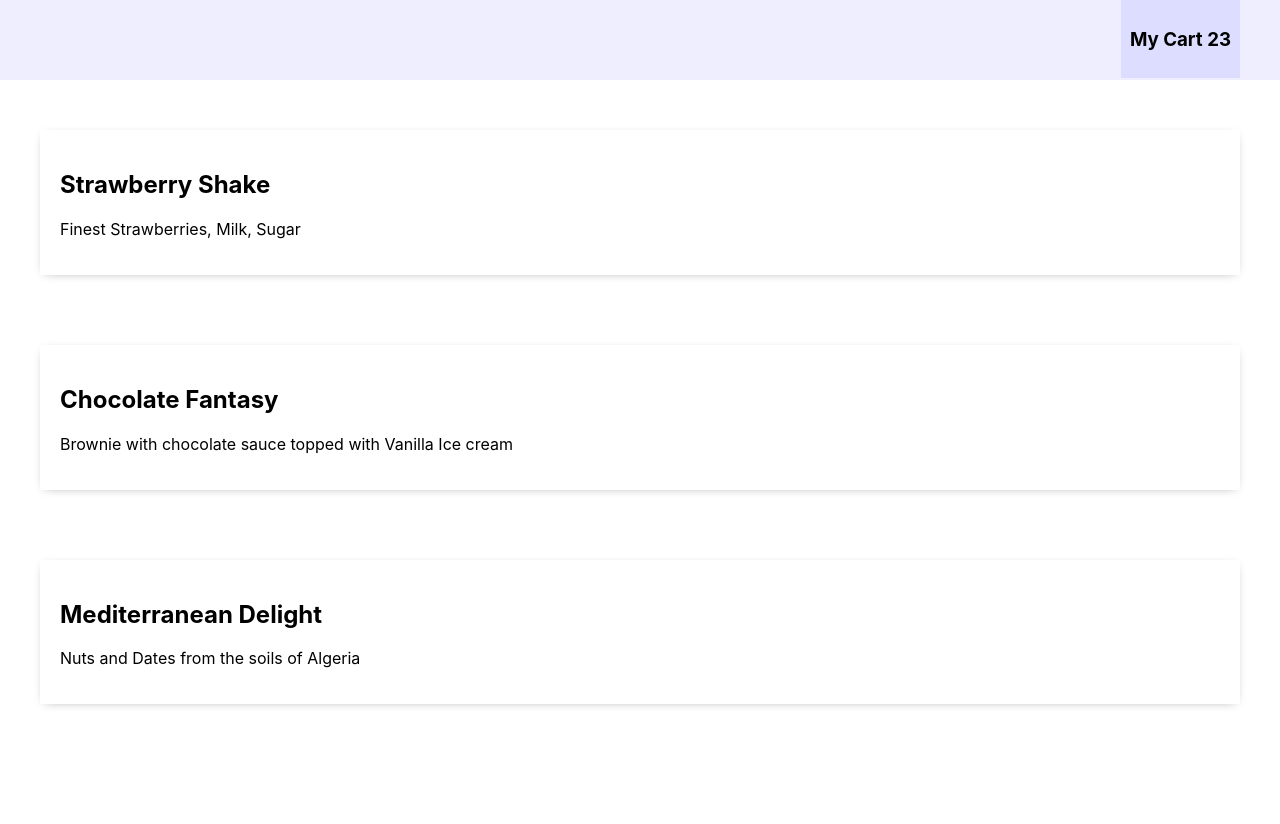
Repository: suhail-yazdan/shopping-cart-react
Page: /
These files come from the project's save history. The page is drawn as it stood at one moment and after the next save; the edit follows.
The browser window is 1280 px wide. The pictures show the whole page.
The project was rebuilt for these pictures with package versions that can differ from the ones it lists, and the page was loaded fresh each time.

Above is the page before, as saved 2023-10-07 13:25:48.

### src/App.js
import { useState } from 'react';
import './App.css';
import Card from "./Card.jsx";
import Cart from "./Cart.jsx";

function App() {
  const [displayCart, setDisplayCart] = useState(false);
  const [products, setProducts] = useState([
    {
      pid: 1,
      name: "Strawberry Shake",
      desc: "Finest Strawberries, Milk, Sugar",
      price: 149,
      quantity: 0
    },
    {
      pid: 2,
      name: "Chocolate Fantasy",
      desc: "Brownie with chocolate sauce topped with Vanilla Ice cream",
      price: 249,
      quantity: 0
    },
    {
      pid: 3,
      name: "Mediterranean Delight",
      desc: "Nuts and Dates from the soils of Algeria",
      price: 329,
      quantity: 0
    }
  ])

  const handleQuantityIncreased = (prod, e) =>{
    e.stopPropagation();
    let sProducts = [...products];
    const ind = sProducts.indexOf(prod);
    if(sProducts[ind].quantity >= 0) sProducts[ind].quantity++;
    setProducts(sProducts)
    setDisplayCart(true)
  }

  const handleQuantityDecreased = (prod, e) =>{
    e.stopPropagation();
    let sProducts = [...products];
    const ind = sProducts.indexOf(prod);
    if(sProducts[ind].quantity > 0) sProducts[ind].quantity--;
    setProducts(sProducts)
    setDisplayCart(true)
  }

  return (
    <div>
      <header>
        <div className="grid1200">
          <Cart showCart={displayCart} />
        </div>
      </header>

      <main>
        <div className="grid1200">
          {products.map((product) => (
            <Card
              key = {product.pid}
              productDetail = {product}
              onQuantityIncreased = {e => handleQuantityIncreased(product, e)}
              onQuantityDecreased = {e => handleQuantityDecreased(product, e)}
            />
          ))}
        </div>
      </main>
    </div>
  );
}

export default App;

### src/App.css
main {
  padding: 50px 0px;
}

div.grid1200 {
  width: 1200px;
  margin: 0px auto;
}

header {
  height: 80px;
  background-color: #eef;
}

### src/Card.jsx
import React, { useState } from 'react'
import Counter from './Counter'
import "./cardstyle.css"

const Card = (props) => {
  const [cardSelected, setCardSelected] = useState(false)

  const getCardClass = () => {
    let cardClass = cardSelected === true ? "card selected" : "card deselected";
    return cardClass
  }

  const getOverlayState = () => {
    let overlayClass = cardSelected === true ? "overlay show" : "overlay hide";
    return overlayClass;
  };

  return (
    <div className={getCardClass()} onClick={() => setCardSelected(!cardSelected)}>
      <h2> {props.productDetail.name} </h2>
      <p>{props.productDetail.desc}</p>
      <div className={getOverlayState()}>
        <Counter
          product = {props.productDetail}
          onIncrement={props.onQuantityIncreased}
          onDecrement={props.onQuantityDecreased}
          />
      </div>
    </div>
  )
}

export default Card

### src/Cart.jsx
import "./cartstyle.css"

const Cart = (props) => {
  return (
    <div className="cart">
      <h3> My Cart 23 </h3>
      {props.showCart &&
      <div className="">
        <ul>
            <li>
              0
            </li>
        </ul>
      </div>


      }

    </div>
  )
}

export default Cart

### src/Counter.js
import "./counterstyle.css";

export default function Counter(props) {
    return (
      <div className="counter">
        Quantity &nbsp;
        <span className={props.product.quantity === 0 ? "badge badge-warning" : "badge badge-primary"}>
          {props.product.quantity === 0 ? "Zero": props.product.quantity}
        </span>
        &nbsp;
        <button className="btn btn-secondary" onClick={props.onIncrement}>
          +
        </button>
        <button className="btn btn-secondary" onClick={props.onDecrement}>
          -
        </button>
      </div>
    );
}

### src/cardstyle.css
.card {
  padding: 20px;
  margin-bottom: 70px;
  cursor: pointer;
  box-shadow: 0px 2px 10px -5px rgba(0, 0, 0, 0.4);
  position: relative;
}

.selected {
  background-color: rgba(220, 235, 255, 0.7);
}

.deselected {
  background-color: white;
}

.overlay {
  width: 100%;
  height: 100%;
  position: absolute;
  z-index: 20;
  top: 0px;
  left: 0px;
}

.show {
  display: block;
}

.hide {
  display: none;
}

### src/cartstyle.css
div.cart {
  padding: 9px;
  background-color: #ddf;
  float: right;
  position: relative;
  cursor: pointer;
}

div.popup {
  position: absolute;
  z-index: 200;
  width: 200px;
  height: 150px;
  padding: 15px 20px;
  background-color: #ccd;
  top: 80px;
  right: 0px;
}

.menu-on {
  display: block;
}

.menu-off {
  display: none;
}

.cart ul {
  margin: 0px;
  padding: 0px;
  list-style-type: none;
}

.cart ul li {
  line-height: 40px;
}


.totalItems{
  color: red;
}

### src/counterstyle.css
.counter {
    float: right;
    margin-top: 65px;
    margin-right: 50px;
    display: flex;
    align-items: center;
  }

  .badge {
    padding: 2px 8px;
    border-radius: 6px;
    background-color: #222;
    font-weight: bold;
  }

  .badge-primary {
    background-color: #36b;
    color: white;
  }

  .badge-secondary {
    background-color: #666;
    color: white;
  }

  .badge-warning {
    background-color: #db0;
    color: black;
  }

  .btn {
    padding: 4px 8px;
    border-radius: 3px;
    cursor: pointer;
    background-color: #222;
    color: white;
    border: none;
    margin-left: 3px;
  }

  .btn-secondary {
    background-color: #666;
  }

  .btn-danger {
    background-color: #d33;
  }

Loaded but not shown: public/index.html (common file); src/index.js (common file); src/index.css (common file); src/reportWebVitals.js (common file)

After the next save:
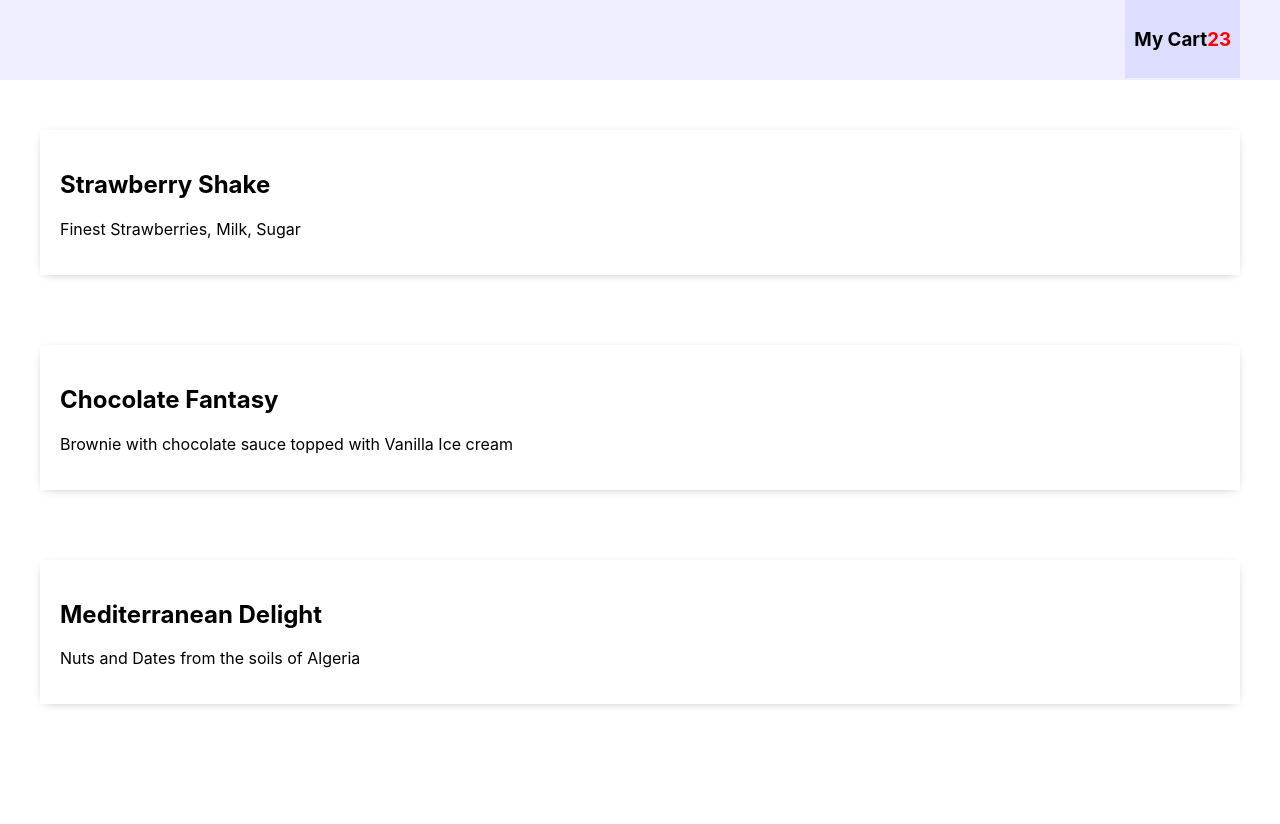
Saved 18 s later.
--- a/src/Cart.jsx
+++ b/src/Cart.jsx
@@ -3,7 +3,7 @@ import "./cartstyle.css"
 const Cart = (props) => {
   return (
     <div className="cart">
-      <h3> My Cart 23 </h3>
+      <h3> My Cart<span className="totalItems">23</span> </h3>
       {props.showCart &&
       <div className="">
         <ul>
